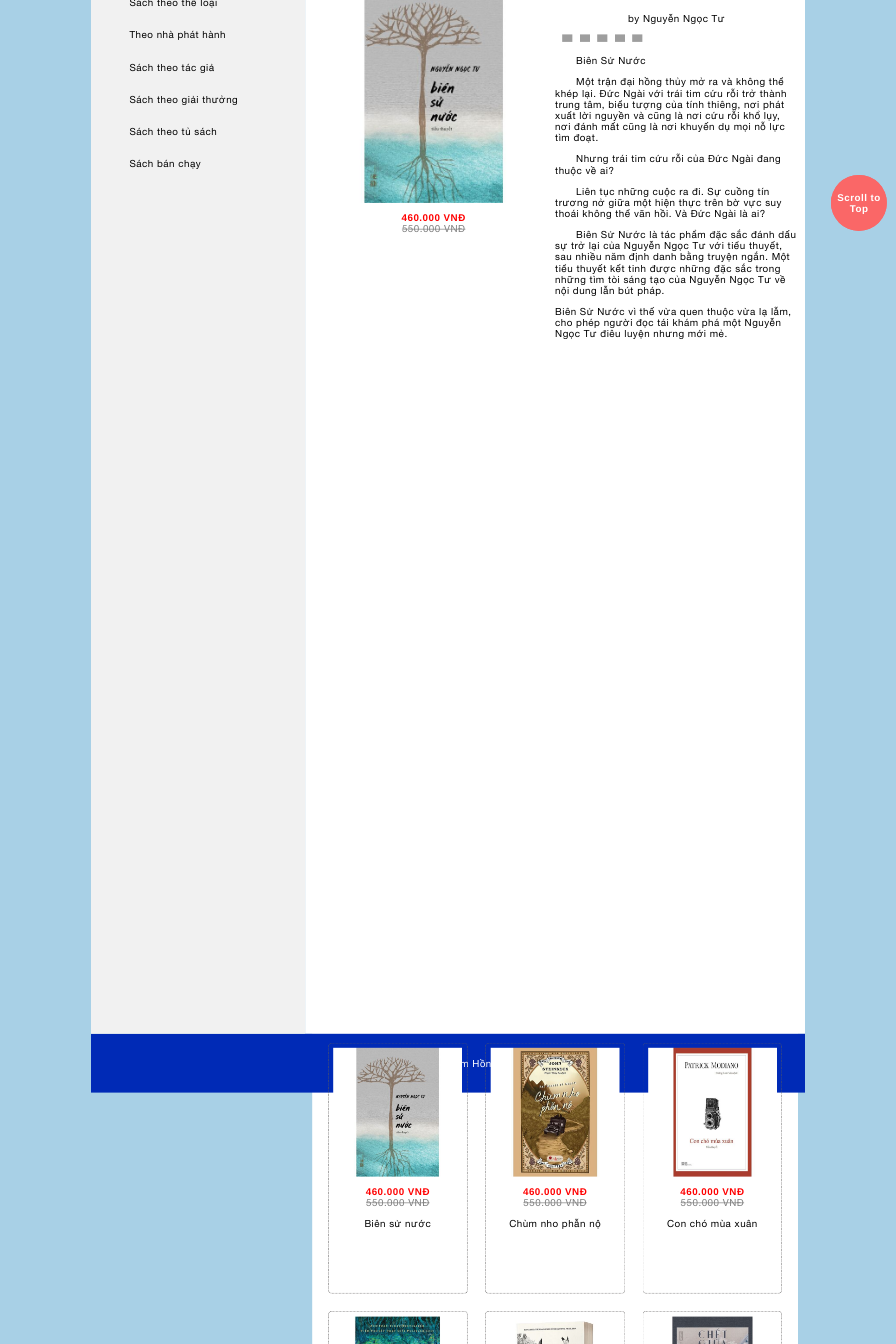
Repository: phamhonghuy/bookstore
Page: item1.html
The author's editor kept a copy of each file at every save. The page is drawn from the files as they stood at one save, then again after the next save.
The browser window is 1280 px wide. The pictures show the part of the page from y = 377 to 2297 px (the page is 2631 px tall before and 9321 px after), at 70% of full size.
Pictures or frames that could not be fetched are drawn as grey boxes.

Above is the page before, as saved 2021-10-13 21:32:37.

### item1.html
<!DOCTYPE html>
<html lang="en">
<head>
    <meta charset="UTF-8">
    <title> Bookshop: Buy books online. Support local bookstores.</title>
    <link rel="stylesheet" href="css/style.css" type="text/css" />
    <link rel="shortcut icon" href="./KTGK/image/Logo.png" />
    <script type="text/javascript" src="./KTGK/script.js"></script>
</head>


<div class="navbar">
  <ul>
    <li><a class="active" href="./index.html">Trang chủ</a></li>
    <li><a href="./about.html">Giới Thiệu</a>
          <ul >
            <li><a href="#">Chính sách</a></li>
            <li><a href="#">Mua hàng</a></li>
            <li><a href="#">Thanh toán</a>
            </li>
          </ul>
    </li>
    <li><a href="./services.html">Dịch vụ</a>
        <ul >
        <li><a href="#">Đọc Online</a></li>
        <li><a href="#">Tư liệu</a></li>
        </li>
        </ul>
    </li>
    <li><a href="./product.html">Sản phẩm</a>
        <ul >
        <li><a href="#">Sách trong nước</a></li>
        <li><a href="#">Sách nước ngoài</a></li>
        <li><a href="#">Sách số</a>
        </li>
        </ul>
    </li>
    <li><a href="./contact.html">Liên hệ</a></li>
  </ul>
  <div class ="login">
      <ul>
        <li><a href="./login.html">Đăng nhập</a></li>
        <li><a href="./signup.html"> Đăng ký</a></li>
      </ul>
  </div>
</div>
  <div class="header">
    <h1></h1>

  </div>


  <div class="row">
    <div class="side">
      <ul >
        <li><a href="#">Sách theo thể loại</a>
            <ul class="acer">
                <li><a href="#">Văn học</a></li>
                <li><a href="#">Kinh tế</a></li>
                <li><a href="#">Kỹ năng sống</a></li>
                </li>
            </ul>
        </li>
        <li><a href="#">Theo nhà phát hành</a>
            <ul class="dell">
                <li><a href="#">Phương Nam</a></li>
                <li><a href="#">NXB trẻ</a></li>
                <li><a href="#">Alpha Books</a></li>
            </ul>
        </li>
        <li><a href="#">Sách theo tác giả</a>
            <ul class="dell">
                <li><a href="#">Thích Nhất Hạnh</a></li>
                <li><a href="#">Phạm Công Luận</a></li>
                <li><a href="#">Tô Hoài</a></li>
            </ul>
        </li>
        <li><a href="#">Sách theo giải thưởng</a>
            <ul class="dell">
                <li><a href="#">Ưu thích</a></li>
                <li><a href="#">Nobel</a></li>
                <li><a href="#">Bầu chọn</a></li>
            </ul>
        </li>
        <li><a href="#">Sách theo tủ sách</a>
            <ul class="dell">
              <li><a href="#">Sách ưu đãi</a></li>
              <li><a href="#">Sống xanh</a></li>
              <li><a href="#">Top 100</a></li>
            </ul>
        </li>
        <li><a href="#">Sách bán chạy</a>
            <ul class="dell">
                <li><a href="#">Văn học</a></li>
                <li><a href="#">Thiếu nhi</a></li>
                <li><a href="#">Tuôi Teen</a></li>
            </ul>
        </li>
      </ul>
  </div>
  <div class="main">
    <div class="item-details">
     <a href="./item1.html"><img src="./KTGK/image/book1.jpg" alt="item1"></a>
      <div class="block-gia">
        <div class="gia">
        <div class="gia-ban"><strong>460.000 VNĐ</strong></div>
        <div class="gia-cu"><del>550.000 VNĐ</del></div>

        </div>
      </div>
      <form>
        <button name="buy_button" type="submit" onclick="alert('Đã thêm vào giỏ hàng.')" value="1">Mua Ngay</button>
      </form>
    </div>
    <div class="details">
      <p class="book-name">BIÊN SỬ NƯỚC</p>
      <p class="book-author">by Nguyễn Ngọc Tư</p>

      <div class="star">
        <span size="12x12" class="ratingStar"></span>
        <span size="12x12" class="ratingStar"></span>
        <span size="12x12" class="ratingStar"></span>
        <span size="12x12" class="ratingStar"></span>
        <span size="12x12" class="ratingStar"></span>
      </div>
    </br>
      <div class="book-description">
        <p class="book-description">Biên Sử Nước
        <p class="book-description">Một trận đại hồng thủy mở ra và không thể khép lại. Đức Ngài với trái tim cứu rỗi trở thành trung tâm, biểu tượng của tính thiêng, nơi phát xuất lời nguyền và cũng là nơi cứu rỗi khổ lụy, nơi đánh mất cũng là nơi khuyến dụ mọi nỗ lực tìm đoạt.</p>
        <p class="book-description">Nhưng trái tim cứu rỗi của Đức Ngài đang thuộc về ai?</p>
        <p class="book-description">
          Liên tục những cuộc ra đi. Sự cuồng tín trương nở giữa một hiện thực trên bờ vực suy thoái không thể vãn hồi.
          Và Đức Ngài là ai?</p>
        <p class="book-description">Biên Sử Nước là tác phẩm đặc sắc đánh dấu sự trở lại của Nguyễn Ngọc Tư với tiểu thuyết, sau nhiều năm định danh bằng truyện ngắn. Một tiểu thuyết kết tinh được những đặc sắc trong những tìm tòi sáng tạo của Nguyễn Ngọc Tư về nội dung lẫn bút pháp.</p>
        Biên Sử Nước vì thế vừa quen thuộc vừa lạ lẫm, cho phép người đọc tái khám phá một Nguyễn Ngọc Tư điêu luyện nhưng mới mẻ.</p>
      </div>
    </div>
    <div class="more-item">
      <div class="main">
        <div class="item">
          <a href="./item1.html"> <img src="./KTGK/image/book1.jpg" alt="item1"></a>
          <div class="block-gia">
            <div class="gia">
            <div class="gia-ban"><strong>460.000 VNĐ</strong></div>
            <div class="gia-cu"><del>550.000 VNĐ</del></div>

            </div>
          </div>
          <p>Biên sử nước</p>
          <form>
            <button name="buy_button" type="submit" onclick="alert('Đã thêm vào giỏ hàng.')" value="1">Mua Ngay</button>
          </form>
        </div>
        <div class="item">
          <a href="./item2.html"> <img src="./KTGK/image/book2.jpg" alt="item1"></a>
          <div class="block-gia">
            <div class="gia">
              <div class="gia-ban"><strong>460.000 VNĐ</strong></div>
              <div class="gia-cu"><del>550.000 VNĐ</del></div>
            </div>
          </div>
          <p>Chùm nho phẫn nộ</p>
          <form>
            <button name="buy_button" type="submit" onclick="alert('Đã thêm vào giỏ hàng.')" value="1">Mua Ngay</button>
          </form>
        </div>
        <div class="item">
          <a href="./item3.html"> <img src="./KTGK/image/book3.jpg" alt="item1"></a>
          <div class="block-gia">
            <div class="gia">
            <div class="gia-ban"><strong>460.000 VNĐ</strong></div>
            <div class="gia-cu"><del>550.000 VNĐ</del></div>

            </div>
          </div>
          <p>Con chó mùa xuân</p>
          <form>
            <button name="buy_button" type="submit" onclick="alert('Đã thêm vào giỏ hàng.')" value="1">Mua Ngay</button>
          </form>
        </div>
        <div class="item">
          <a href="./item4.html"> <img src="./KTGK/image/book4.jpg" alt="item1"></a>
          <div class="block-gia">
            <div class="gia">
            <div class="gia-ban"><strong>460.000 VNĐ</strong></div>
            <div class="gia-cu"><del>550.000 VNĐ</del></div>

            </div>
          </div>
          <p>Vòm Rừng</p>
          <form>
            <button name="buy_button" type="submit" onclick="alert('Đã thêm vào giỏ hàng.')" value="1">Mua Ngay</button>
          </form>
        </div>
        <div class="item">
          <a href="./item5.html"> <img src="./KTGK/image/book5.jpg" alt="item1"></a>
          <div class="block-gia">
            <div class="gia">
            <div class="gia-ban"><strong>460.000 VNĐ</strong></div>
            <div class="gia-cu"><del>550.000 VNĐ</del></div>

            </div>
          </div>
          <p>Chiết xe đạp mất cắp</p>
          <form>
            <button name="buy_button" type="submit" onclick="alert('Đã thêm vào giỏ hàng.')" value="1">Mua Ngay</button>
          </form>
        </div>
        <div class="item">
          <a href="./item6.html"> <img src="./KTGK/image/book6.jpg" alt="item1"></a>
          <div class="block-gia">
            <div class="gia">
            <div class="gia-ban"><strong>460.000 VNĐ</strong></div>
            <div class="gia-cu"><del>550.000 VNĐ</del></div>

            </div>
          </div>
          <p>Chết giữa mùa hè</p>
          <form>
            <button name="buy_button" type="submit" onclick="alert('Đã thêm vào giỏ hàng.')" value="1">Mua Ngay</button>
          </form>
        </div>
        <button onclick='window.scrollTo({top: 0, behavior: "smooth"});' class="scrollTotop">Scroll to Top</button>

      </div>
    </div>

    <button onclick='window.scrollTo({top: 0, behavior: "smooth"});' class="scrollTotop">Scroll to Top</button>

  </div>

  <div class="footer">
    <p>Copyright by Phạm Hồng Huy</p>
  </div>

</html>

### css/style.css
html {
  scroll-behavior: smooth;
}
* {
    box-sizing: border-box;
    font-family: Helvetica;
    letter-spacing: 0.7px;
    font-size: 14px;
  }
  @font-face {
    font-family:Helvetica;
    src: url(/font/helveticaneue.ttf);
}


body {
    font-family:inherit;
    margin: auto;
    font-size: 1em;
    min-width: 1200px;
    background-color: #A8D0E6;

  }

.header {
    text-align: center;
    height: 25vmax;
    background: #42c9ff;
    color: white;
    background-image: url(../KTGK/image/Banner.gif);
    background-repeat: no-repeat;
    background-size:cover;
    min-width: 900px;
    width: 100%;
  }

.navbar {
    display: flex;
    background-color: rgb(76, 79, 250);
    position:fixed;
    top: 0;
    width: 100%;
    height: 70px;
    align-items: center;
    z-index: 5;
  }
.navbar .active {
    background-color: rgb(161, 163, 255);
    color:#000;
    border-radius: 5px;
  }
.navbar div.login {
    display: flex;
    background-color: rgb(76, 79, 250);
    position:fixed;
    width: 300px;
    align-items: center;
    float: right;
    right: 5px;
  }

.navbar ul li a {
    color: white;
    padding: 14px 20px;
    text-decoration: none;
    text-align: center;
    font-weight: bold

  }
.navbar ul li ul li a {
    color: white;
    text-decoration: none;
    text-align: center;

  }
.navbar ul {
  display: flex;
  list-style-type: none;
  }

.navbar ul li:hover> ul {
  display: flex;
  visibility: visible;
  position: absolute;
  z-index: 3;
  overflow: hidden;
  animation: menuNar_Hover 0.5s;
  }
  @keyframes menuNar_Hover {
    from {background-color: #cfdef6; opacity: 0%;height: 0px;}
    to {background-color: #8fa5ff; opacity: 100%; height:150px;}
  }
.navbar ul a:hover {
    background:#c0cdff;
    color: #000;
    border-radius: 5px;
    animation-name: Navbar_Hover;
    animation-duration: 1.5s;

  }

  @keyframes Navbar_Hover {
    from {background-color: rgb(76, 79, 250);}
    to {background-color: #c0cdff;}
  }
  .navbar ul a:active {
    background-color: #c0cdff;
    color: #000;
    border-radius: 5px;

  }


.navbar ul li ul {
  display: flex;
  visibility: hidden;
  position: absolute;
  background:#8fa5ff;
  color: white;
  display: flex;
  flex-direction: column;
  top:60px;
  border-radius: 5px;
  list-style-type: none;
  padding-inline-start: 0px;
  height: 150px;
  margin:-5px auto;
  }

.navbar ul li ul li{
  margin: 15px;
  border-radius: 5px;
  }


.row {
    display: flex;
    flex-wrap: wrap;
    /* width: 90vmax; */
    margin: 0 130px 0;
    min-width: 900px;
  }

.side {
    flex: 30%;
    background-color: #f1f1f1;
    padding: 20px 0;
    z-index: 2;

  }
.side ul {
  list-style-type:none;
  width: 253px;
  }
.side li {
  list-style-type:none;
  }
.side li:hover> ul {
  opacity: 1;
  visibility: visible;
  animation: menuSide_Hover 0.5s linear;
  width: 230px;

  }
.side li:hover {
  background-color: #8fa5ff;
  animation-name: Side_Hover;
  animation-duration: 1.5s;
}

@keyframes menuSide_Hover {
  from {background-color: #cfdef6; opacity: 0%;width: 150px; }
  50% {width: 200px !important;}
  to {background-color: #8fa5ff; opacity: 100%; width: 230px;}
}
@keyframes Side_Hover {
  from {background-color: #cfdef6; color:#000;}
  to {background-color: #8fa5ff; color: #fff;}
}


.side ul li {
    padding: 10px;
    border-radius: 5px;
  }

.side ul ul {
  list-style-type:none;
  opacity: 0;
  visibility: hidden;
  position: absolute;
  left: 378px;
  margin: -26px 0 0 5px;
  padding-inline-start: 0;
  border-radius: 5px;
  overflow: hidden;
  text-overflow: ellipsis;
  }
.side ul ul li {
  background-color: #8fa5ff;
  margin:0;
  overflow: hidden;
  text-overflow: ellipsis;
  border-radius: 0%;
  }
.side ul ul li a {
  color: rgb(255, 255, 255);
  margin: 0;
  overflow: hidden;
  text-overflow: ellipsis;
  }

.side a {
  color: black;
  padding: 5px;
  }
.side a:link {
  text-decoration: none;
  }

.side ul {
    padding: 10px auto;
  }
.side ul li {
    padding: 10px auto;
    margin: 10px auto;
  }

.main {
    flex: 70%;
    display: flex;
    flex-direction: row;
    background-color: white;
    padding: 10px;
    flex-wrap: wrap;

  }
div.item {
    flex: 25%;
    border: 1px dotted rgb(93, 91, 91);
    border-radius: 5px;
    margin: 1vmax;
    padding:0.5vmax;
    text-align: center;
    font-size: 1em;
    display: block;
    position: relative;
  }
div.item-details {
    flex: 25%;
    /* border: 1px dotted rgb(93, 91, 91); */
    border-radius: 5px;
    margin: 1vmax;
    padding:0.5vmax;
    text-align: center;
    font-size: 1em;
    display: block;
    position: relative;
  }
div.item:hover {
  animation: Box-item-transform 0.5s;
  box-shadow: 5px 5px #808080;
  }
div.item-details:hover {
  animation: Box-item-details-transform 0.5s;
  }
  @keyframes Box-item-transform{
    from {  transform:scale(1);}
    50% {transform:scale(1.05);}
    to {  transform:scale(1);
      box-shadow: 5px 5px #808080 ; }

  }
  @keyframes Box-item-details-transform{
    from {  transform:scale(1);}
    50% {transform:scale(1.05);}
    to {  transform:scale(1);; }

  }
div.item:hover > form button {
  animation: Item_Hover 0.5s;
  visibility:visible;
  }
div.item-details:hover > form button {
  animation: Item_Hover 0.5s;
  visibility:visible;
  }
  @keyframes Item_Hover {
    from { color:#000; height: 0; transform: translateY(100%)}
    to { height: 70px;transform: translateY(0)}
  }

div.item form button  {
  height: 70px;
  width: 99%;
  background-color: rgb(245, 232, 190);
  visibility: hidden;
  color:#f00;
  font-size: large;
  font-weight: bold;
  border:none ;
  }
div.item-details form button  {
  height: 70px;
  width: 99%;
  background-color: rgb(245, 232, 190);
  visibility: hidden;
  color:#f00;
  font-size: large;
  font-weight: bold;
  border:none ;
  }

div.item img {
    width: 100%;
  }
div.item-details img {
    width: 100%;
  }
.block-gia {
  margin: 10px auto;
}
.gia-ban {
    color: #ff0000;
}
.gia-cu {
  font-size: 13px;
  color: #808080;
}


div.main button.scrollTotop{
  position: fixed;
  right: 1vmax;
  bottom: 1vmax;
  height: 80px;
  width: 80px;
  border-radius: 50%;
  border:none;
  background-color: rgb(250, 103, 103);
  color:white;
  font-weight: bold;

}

div.details {
  width: 50%;
  height: 100%;
}
div.details p.book-name {
  text-align: center;
  font-size: large;
  font-weight: bold;
}
div.details p.book-author {
  text-align: center;
}
div.details div.book-description {
  height: 600px;
}
div.details p.book-description {
  text-indent: 30px;
}

div.star {
  ;

}

.ratingStar {
  margin-left: 10px;
  width: 15px;
  height: 15px;
  float: left;
  background-repeat: no-repeat;
  background-image: url(../KTGK/image/star.png);
  font-size: 0;
  background-size: 15px;
}
div.main button.scrollTotop:hover {
animation:scrolltotop 1s ;
transition: width 0.5ss;
animation-direction: reverse;
}
@-webkit-keyframes scrolltotop {
  from{ background :rgb(250, 103, 103); }
  to  {background :rgb(95, 175, 250);  box-shadow: 5px 5px #808080;}
}
.footer {
  color: white;
    padding: 20px;
    text-align: center;
    background: rgb(0, 42, 182);
    width: 100%;
}

  @media screen and (max-width: 700px) {
    .row, .navbar {
      flex-direction: column;
    }
  }

Loaded but not shown: JS/script.js (no stored copy; drawn as an empty file)

After the next save:
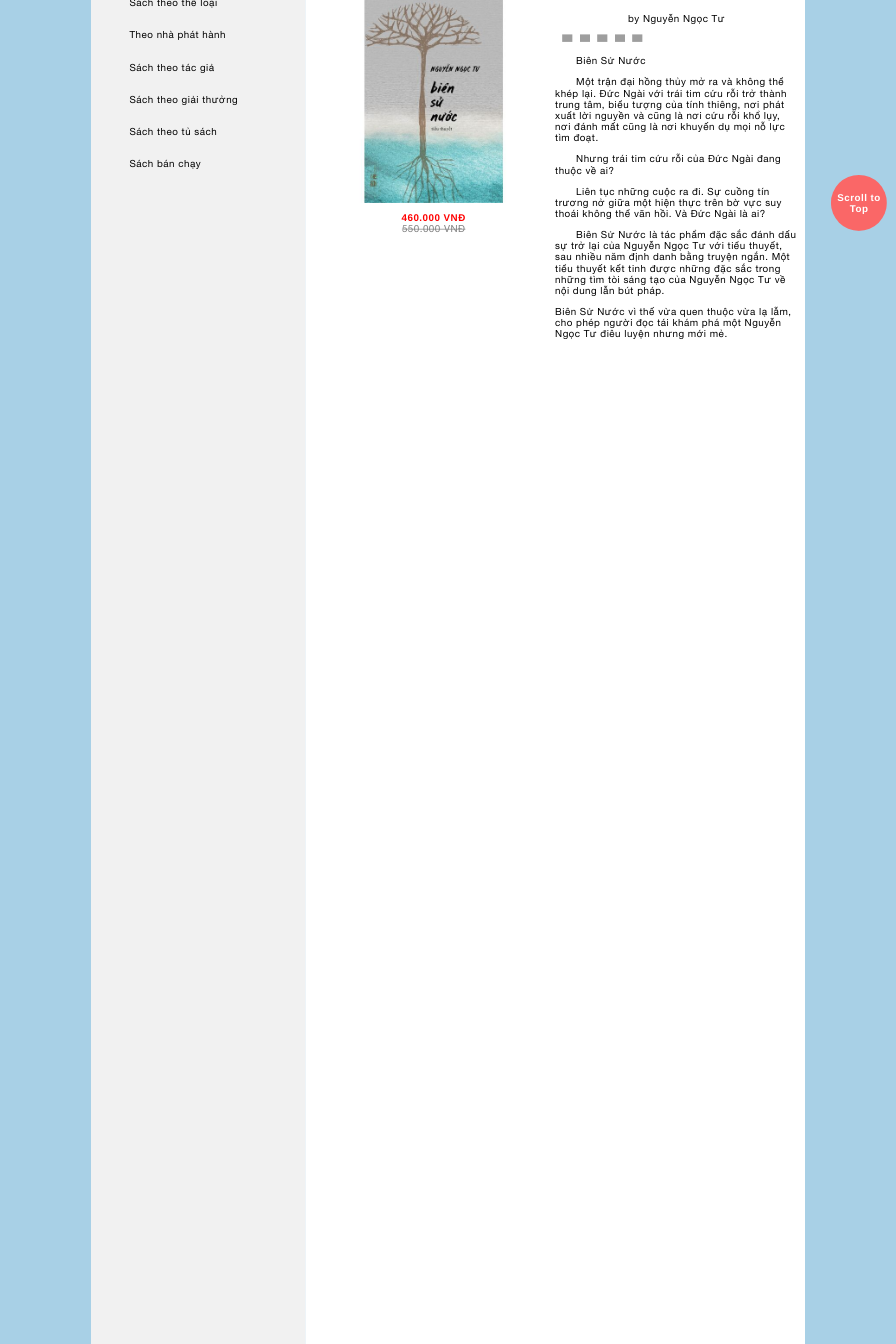
Saved 45 s later.
--- a/item1.html
+++ b/item1.html
@@ -136,7 +136,6 @@
       </div>
     </div>
     <div class="more-item">
-      <div class="main">
         <div class="item">
           <a href="./item1.html"> <img src="./KTGK/image/book1.jpg" alt="item1"></a>
           <div class="block-gia">
